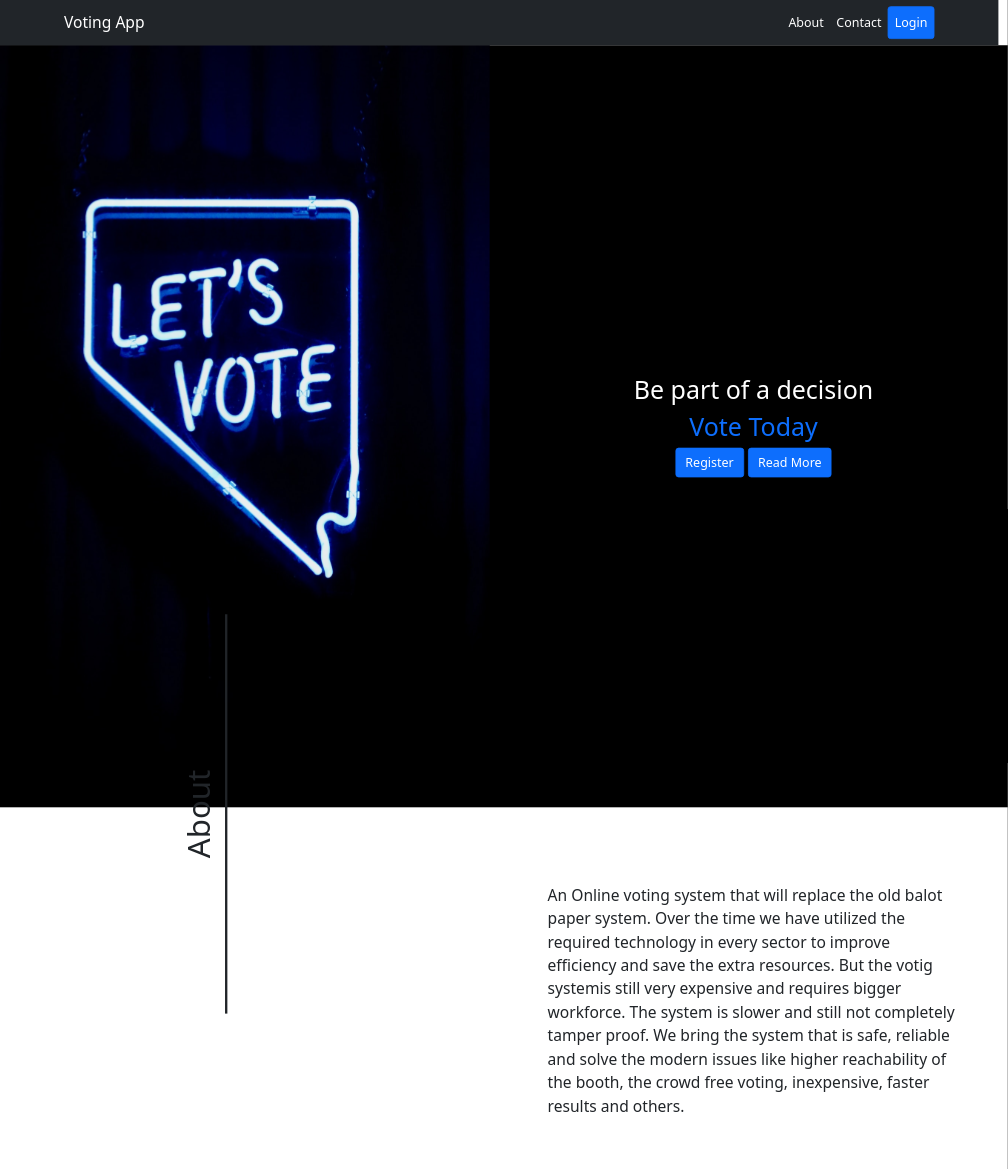
Repository: DavidManiIbrahim/Voting-app
Page: index.html
The author's editor kept a copy of each file at every save. The page is drawn from the files as they stood at one save, then again after the next save.
The browser window is 1280 px wide. The page is 1292 px wide, so the pictures cover 1292 px, including what lies to the right of the window. The pictures show the whole page, at 78% of full size.

Above is the page before, as saved 2025-01-18 04:28:46.

### index.html
<!DOCTYPE html>
<html lang="en">
<head>
    <meta charset="UTF-8">
    <meta name="viewport" content="width=device-width, initial-scale=1.0">
    <title>Voting app</title>
    <link rel="stylesheet" href="./bootstrap.css">
    <link rel="stylesheet" href="./styles.css">
</head>
<body>

<!-- NavBar -->

    <nav class="navbar navbar-expand-lg bg-dark text-white ">
        <div class="container">
            <a href="#" class="navbar-brand text-white ">Voting App</a>


            <button class="navbar-toggler" data-bs-target="#navmenu" data-bs-toggle="collapse">
                <span class="navbar-toggler-icon bg-primary"></span>
            </button>
            <div class="collapse navbar-collapse " id="navmenu">
                <ul class="navbar-nav ms-auto text-center">
                    <li class="nav-link text-white">About</li>
                    <li class="nav-link text-white">Contact</li>
                    <a class="nav-link btn btn-primary text-white">Login</a>
                </ul>
            </div>
</div>
    </nav>

<!-- Hero Section -->

<div class="row h-100 curtain">
    <div class="col-md ">
        <img src="./unsplash_LA1VawaCjjI.svg" class="img-fluid" alt="" class="img-fluid">
    </div>
    <div class="col-md m-auto" >
        <div class="container-fluid text-center lead m-auto text-white" id="content">
            <h2>Be part of a decision</h2>
            <h2 class="text-primary">Vote Today</h2>
            <div class="">
                <button class="btn btn-primary">Register</button>
                <button class="btn btn-primary">Read More</button>
            </div>
        </div>
    </div>
</div>

<!-- About Section -->

<div class="row mt-5">
    <div class="col-md text-center">
        <!-- <div class="rotate"> -->
            <h1 class="rotate ">About</h1>
        <!-- </div> -->
    </div>
    <div class="col-md text ">
        <p class="lead">An Online voting system that will replace the old balot
           paper system. Over the time we have utilized the required
           technology in every sector to improve efficiency and save the
           extra resources. But the votig systemis still very
           expensive and requires bigger workforce. The system is slower
           and still not completely tamper proof. We bring the system that
           is safe, reliable and solve the modern issues like higher
           reachability of the booth, the crowd free voting, inexpensive,
           faster results and others.
        </p>
        <!-- <p class="wrap">Lorem ipsum dolor sit amet consectetur adipisicing elit. Doloribus asperiores quaerat quam blanditiis et error quia dolore temporibus accusantium adipisci deleniti, corrupti distinctio sapiente explicabo tempora atque perspiciatis obcaecati molestiae?</p> -->
        <!-- <p class="wrap">Lorem ipsum dolor sit amet consectetur adipisicing elit. Doloribus asperiores quaerat quam blanditiis et error quia dolore temporibus accusantium adipisci deleniti, corrupti distinctio sapiente explicabo tempora atque perspiciatis obcaecati molestiae?</p> -->
        <!-- <p class="wrap">Lorem ipsum dolor sit amet consectetur adipisicing elit. Doloribus asperiores quaerat quam blanditiis et error quia dolore temporibus accusantium adipisci deleniti, corrupti distinctio sapiente explicabo tempora atque perspiciatis obcaecati molestiae?</p> -->
        <!-- <p class="wrap">Lorem ipsum dolor sit amet consectetur adipisicing elit. Doloribus asperiores quaerat quam blanditiis et error quia dolore temporibus accusantium adipisci deleniti, corrupti distinctio sapiente explicabo tempora atque perspiciatis obcaecati molestiae?</p> -->
    </div>
</div>
<!--  -->





    <script src="./bootstrap.min.js"></script>
</body>
</html>

### styles.css
.lead,#content{
    /* height:50vh; */
    /* border:1px solid; */
    padding: 50px;
}

.curtain{
    background-color: #000;
}

.rotate{
    border-bottom:3px solid;
    rotate: 270deg;
    width:40vw;
    /* height:50%; */
    padding:10px;
    position: absolute;
    top: 140%;
    /* text-align: center; */
}


.wrap{
    width:100vw;
    padding: 20px;
    /* border:1px solid; */
}

Loaded but not shown: bootstrap.css (library); bootstrap.min.js (library)

After the next save:
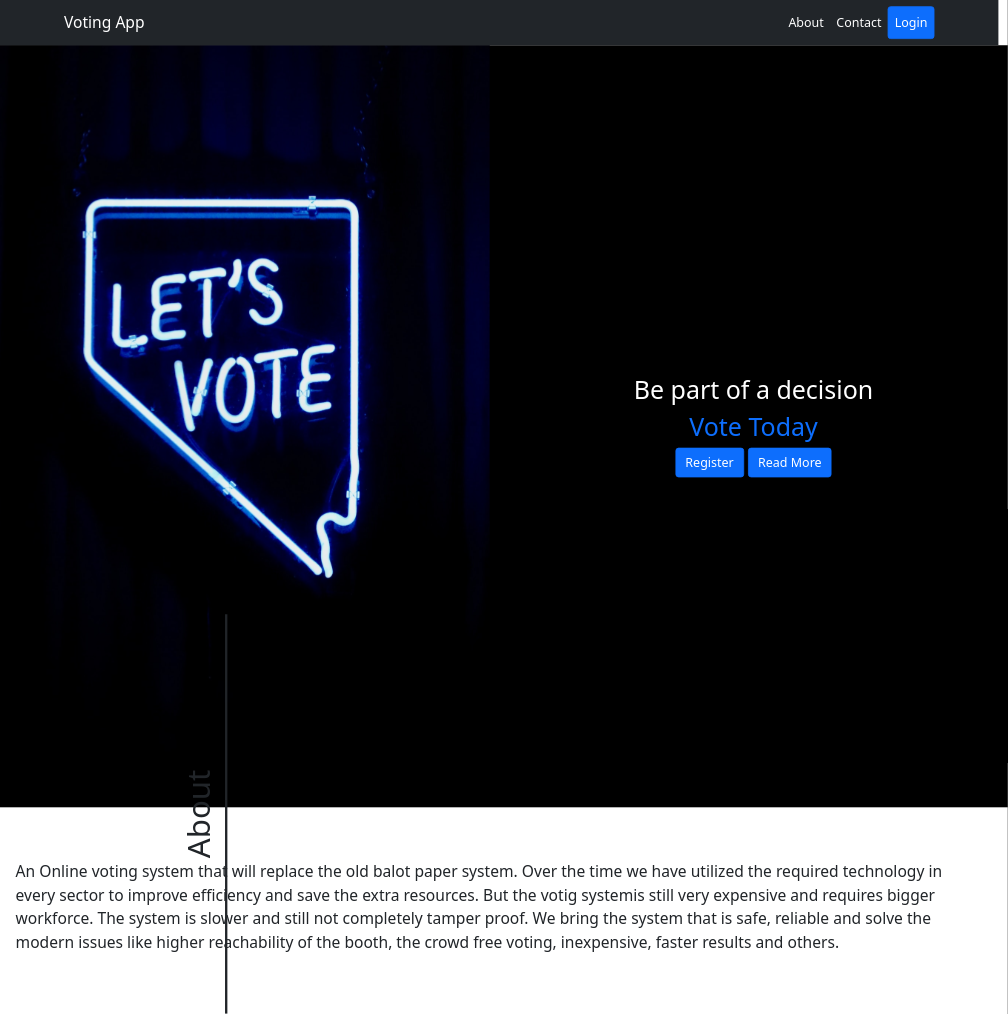
Saved 18 s later.
--- a/index.html
+++ b/index.html
@@ -56,7 +56,7 @@
         <!-- </div> -->
     </div>
     <div class="col-md text ">
-        <p class="lead">An Online voting system that will replace the old balot
+        <p class="lead wrap">An Online voting system that will replace the old balot
            paper system. Over the time we have utilized the required
            technology in every sector to improve efficiency and save the
            extra resources. But the votig systemis still very

After the save that followed:
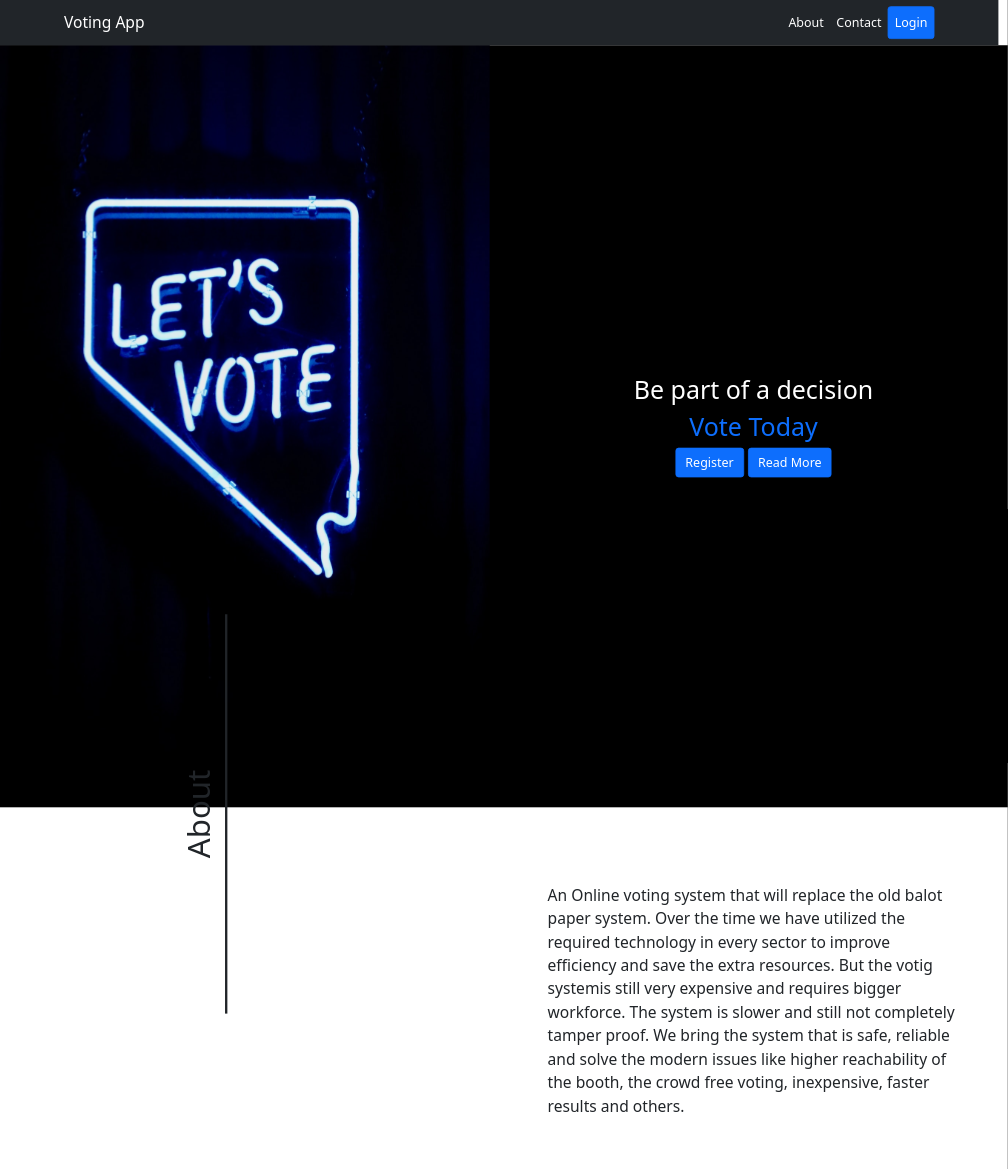
Saved 11 s later.
--- a/index.html
+++ b/index.html
@@ -56,7 +56,7 @@
         <!-- </div> -->
     </div>
     <div class="col-md text ">
-        <p class="lead wrap">An Online voting system that will replace the old balot
+        <p class="lead wr">An Online voting system that will replace the old balot
            paper system. Over the time we have utilized the required
            technology in every sector to improve efficiency and save the
            extra resources. But the votig systemis still very
